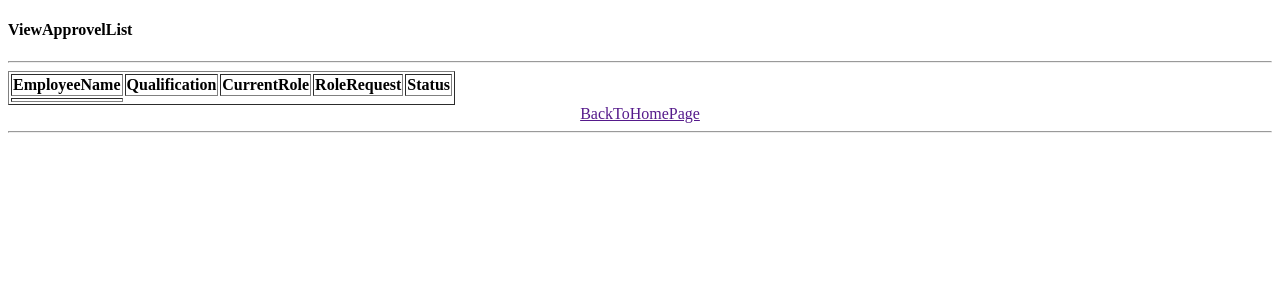
Repository: Karthi-Mano/AdvanceJavaPrograms
Page: http://localhost/CEBProject/ViewApprovel.jsp
These files come from the project's save history. The page is drawn as it stood at one moment and after the next save; the edit follows.
The browser window is 1280 px wide. The pictures show the whole page.
The page is served by Tomcat 9. Other server files are loaded and not shown. Queries for data that is not in the repository find no rows.

Above is the page before, as saved 2018-05-12 19:10:17.

### CEBProject/WebContent/ViewApprovel.jsp
<%@page import="java.sql.ResultSet"%>
<%@page import="java.sql.Statement"%>
<%@page import="java.sql.DriverManager"%>
<%@page import="java.sql.Connection"%>
<%@ page language="java" contentType="text/html; charset=ISO-8859-1"
    pageEncoding="ISO-8859-1"%>
<!DOCTYPE html PUBLIC "-//W3C//DTD HTML 4.01 Transitional//EN" "http://www.w3.org/TR/html4/loose.dtd">
<html>
<head>
<meta http-equiv="Content-Type" content="text/html; charset=ISO-8859-1">
<title>Insert title here</title>
</head>
<body>
<h4>ViewApprovelList</h4>
<hr>
<%


String query="select empname,qualification,currentrole,rolerequest,status from skillmaster where status='Approved'";
//register driverclass
Class.forName("org.h2.Driver");
//create a connection
Connection connection=DriverManager.getConnection("jdbc:h2:tcp://localhost/~/CEBProject","sa","");
//create a statement
Statement statement=connection.createStatement();

ResultSet rs=statement.executeQuery(query);



%>


<table border="1">

<th>EmployeeName</th>
<th>Qualification</th>
<th>CurrentRole</th>
<th>RoleRequest</th>
<th>Status</th>
<%while(rs.next()){ %>

<tr><td><%=rs.getString(1)%></td>
<td><%=rs.getString(2) %></td>
<td><%=rs.getString(3)%></td>
<td><%=rs.getString(4)%></td>
<td><%=rs.getString(5)%></td>

</tr>


<%}%>

<tr><td></td></tr>
</table>
<center><a href="">BackToHomePage</a></center>
<hr/>
</body>
</html>

After the next save:
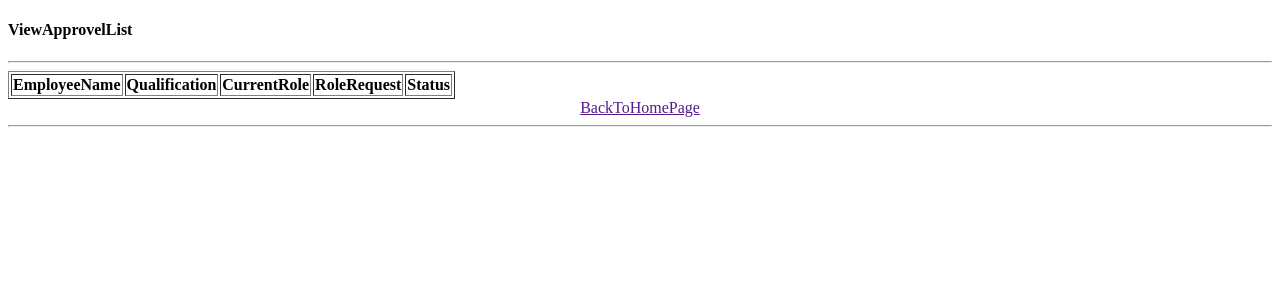
Saved 3 s later.
--- a/CEBProject/WebContent/ViewApprovel.jsp
+++ b/CEBProject/WebContent/ViewApprovel.jsp
@@ -51,7 +51,7 @@ ResultSet rs=statement.executeQuery(query);
 
 <%}%>
 
-<tr><td></td></tr>
+
 </table>
 <center><a href="">BackToHomePage</a></center>
 <hr/>
